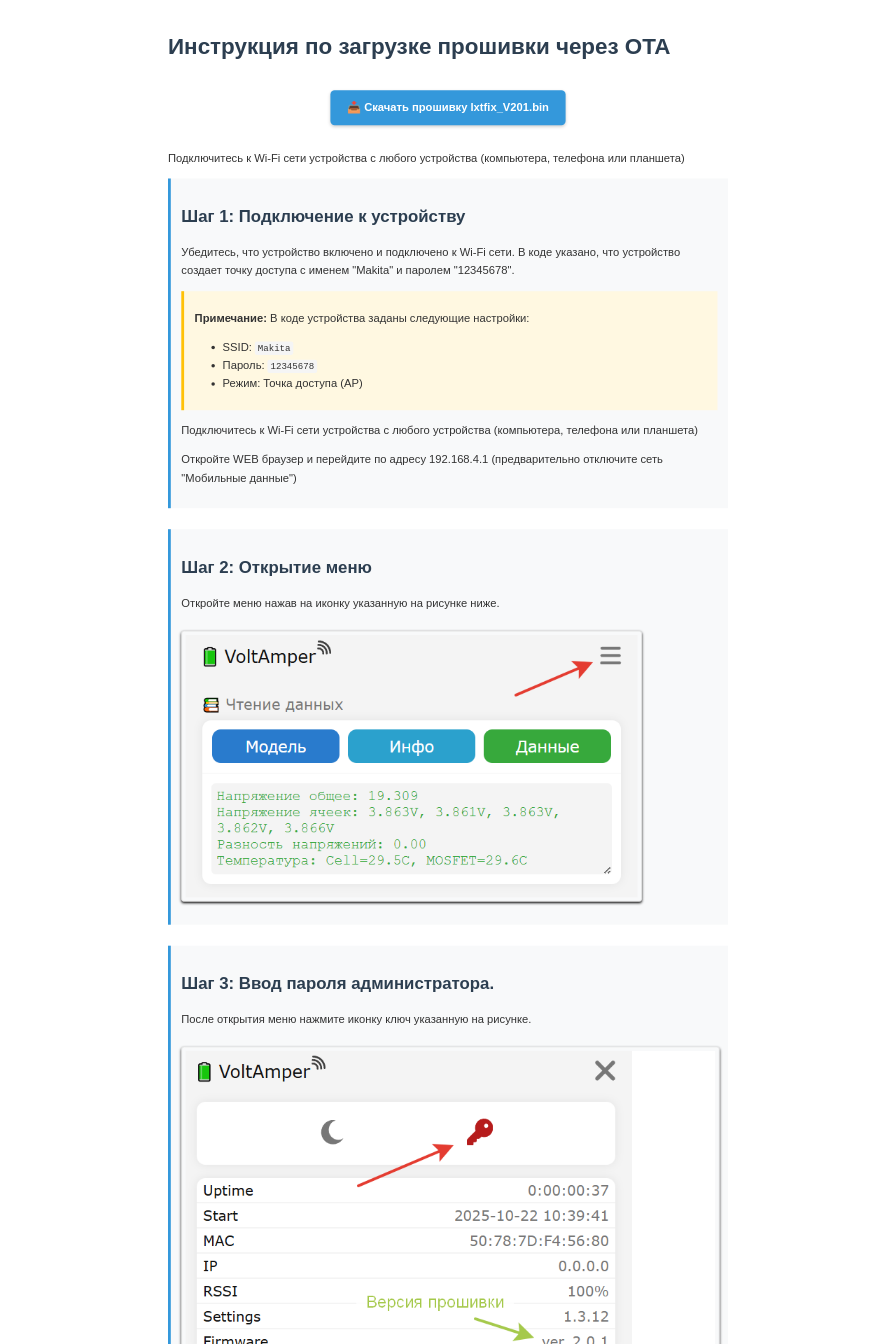
Repository: NikElectronics/ELIXStoFIX
Page: firmware.html
The author's editor kept a copy of each file at every save. The page is drawn from the files as they stood at one save, then again after the next save.
The browser window is 1280 px wide. The pictures show the part of the page from y = 0 to 1920 px (the page is 5392 px tall before and 5433 px after), at 70% of full size.

Above is the page before, as saved 2026-01-16 15:22:54.

### firmware.html
<!DOCTYPE html>
<html lang="ru">

<head>
    <meta charset="UTF-8">
    <meta name="viewport" content="width=device-width, initial-scale=1.0">
    <title>Инструкция по OTA-обновлению</title>
    <style>
        body {
            font-family: Arial, sans-serif;
            line-height: 1.6;
            max-width: 800px;
            margin: 0 auto;
            padding: 20px;
            color: #333;
        }

        h1,
        h2,
        h3 {
            color: #2c3e50;
        }

        .step {
            margin-bottom: 30px;
            padding: 15px;
            border-left: 4px solid #3498db;
            background-color: #f8f9fa;
        }

        .screenshot {
            max-width: 100%;
            border: 1px solid #ddd;
            border-radius: 4px;
            padding: 5px;
            margin: 10px 0;
            box-shadow: 0 2px 4px rgba(0, 0, 0.1);
            cursor: pointer;
            transition: transform 0.3s ease;
        }

        .screenshot:hover {
            transform: scale(1.05);
        }

        /* Стили для модального окна изображения */
        .modal {
            display: none;
            position: fixed;
            z-index: 1000;
            left: 0;
            top: 0;
            width: 100%;
            height: 100%;
            background-color: rgba(0, 0, 0, 0.9);
            backdrop-filter: blur(5px);
        }

        .modal-content {
            display: block;
            margin: auto;
            max-width: 90%;
            max-height: 90%;
            position: absolute;
            top: 50%;
            left: 50%;
            transform: translate(-50%, -50%);
            border-radius: 8px;
        }

        .close {
            position: absolute;
            top: 20px;
            right: 35px;
            color: #fff;
            font-size: 40px;
            font-weight: bold;
            cursor: pointer;
            z-index: 1001;
        }

        .close:hover {
            color: #ccc;
        }

        .note {
            background-color: #fff8e1;
            border-left: 4px solid #ffc107;
            padding: 10px 15px;
            margin: 15px 0;
        }

        .warning {
            background-color: #ffebee;
            border-left: 4px solid #f44336;
            padding: 10px 15px;
            margin: 15px 0;
        }

        code {
            background-color: #f5f5f5;
            padding: 2px 4px;
            border-radius: 3px;
            font-family: monospace;
        }

        .download-btn {
            display: inline-block;
            background-color: #3498db;
            color: white;
            padding: 12px 24px;
            text-decoration: none;
            border-radius: 6px;
            font-weight: bold;
            transition: all 0.3s ease;
            box-shadow: 0 2px 5px rgba(0, 0, 0, 0.2);
            margin: 15px 0;
        }

        .download-btn:hover {
            background-color: #2980b9;
            transform: translateY(-2px);
            box-shadow: 0 4px 8px rgba(0, 0, 0, 0.2);
        }

        .download-btn:active {
            transform: translateY(0);
            box-shadow: 0 2px 3px rgba(0, 0, 0, 0.2);
        }

        .download-container {
            text-align: center;
            margin: 20px 0;
        }
    </style>
</head>

<body>

    <h1>Инструкция по загрузке прошивки через OTA</h1>

    <div class="download-container">
        <a href="files/lxtfix_V201.bin" download class="download-btn">
            📥 Скачать прошивку lxtfix_V201.bin
        </a>
    </div>

    <p>Подключитесь к Wi-Fi сети устройства с любого устройства (компьютера, телефона или планшета)</p>
    <div class="step">
        <h2>Шаг 1: Подключение к устройству</h2>
        <p>Убедитесь, что устройство включено и подключено к Wi-Fi сети. В коде указано, что устройство создает точку
            доступа с именем "Makita" и паролем "12345678".</p>
        <div class="note">
            <p><strong>Примечание:</strong> В коде устройства заданы следующие настройки:</p>
            <ul>
                <li>SSID: <code>Makita</code></li>
                <li>Пароль: <code>12345678</code></li>
                <li>Режим: Точка доступа (AP)</li>
            </ul>
        </div>
        <p>Подключитесь к Wi-Fi сети устройства с любого устройства (компьютера, телефона или планшета)</p>
         <p>Откройте WEB браузер и перейдите по адресу 192.168.4.1 (предварительно отключите сеть "Мобильные данные")</p>
    </div>

    <div class="step">
        <h2>Шаг 2: Открытие меню</h2>
        <p>Откройте меню нажав на иконку указанную на рисунке ниже. </p>
        <img src="images/menu.png" alt="Главная страница веб-интерфейса" class="screenshot">
    </div>

    <div class="step">
        <h2>Шаг 3: Ввод пароля администратора.</h2>
        <p>После открытия меню нажмите иконку ключ указанную на рисунке.</p>
        <img src="images/menu_open.png" alt="Главная страница веб-интерфейса" class="screenshot">
        <p>И введите в поле, открывшегося окна Password, пароль LTXFIX (для новых версий) или nik1709 (для старых
            версий)</p>
        <img src="images/password.png" alt="Главная страница веб-интерфейса" class="screenshot">
    </div>

    <div class="step">
        <h2>Шаг 4: Выбор прошивки</h2>
        <p>После ввода правильного пароля иконка ключа станет зеленым и появится иконка ОТА (облако)".</p>
        <p>Нажав на иконку OTA откроется прводник файлов вашего устройства. Найдите и выберите заранее скачанную
            прошивку.</p>
        <img src="images/pass_good.png" alt="Раздел программатора" class="screenshot">
        <div class="note">
            <p><strong>Примечание:</strong> Убедитесь, что файл прошивки имеет правильный формат (обычно .bin) и
                совместим с вашим устройством.</p>
        </div>
    </div>

    <div class="step">
        <h2>Шаг 5: Загрузка новой прошивки</h2>
        <p>После выбора файла прошивки нажмите кнопку ОК для начала загрузки. </p>
        <img src="images/firmware.png" alt="Интерфейс загрузки прошивки" class="screenshot">

    </div>

    <div class="step">
        <h2>Шаг 6: Процесс обновления</h2>
        <p>При обновлении прошивки иконка облако станет зеленым. Не прерывайте процесс обновления и не отключайте
            питание устройства до появления сообщения "OTA завершено" в нижней части экрана.</p>
        <img src="images/green.png" alt="Процесс обновления прошивки" class="screenshot">
        <div class="warning">
            <p><strong>Внимание:</strong> Прерывание процесса обновления может привести к повреждению прошивки и
                необходимости физического перепрограммирования устройства!</p>
        </div>
    </div>

    <div class="step">
        <h2>Шаг 7: Завершение обновления</h2>
        <p>После успешной загрузки прошивки устройство обычно перезагружается автоматически. Если этого не произошло, вы
            можете перезагрузить устройство вручную с помощью кнопки "Перезагрузить" в веб-интерфейсе или выключив и включив питание.</p>
    </div>

    <div class="step">
        <h2>Шаг 8: Проверка новой версии</h2>
        <p>После перезагрузки снова откройте меню и проверьте, что версия прошивки изменилась на новую.</p>
        <img src="images/control.png" alt="Процесс обновления прошивки" class="screenshot">
    </div>

    <div class="note">
        <h3>Дополнительная информация</h3>
        <p>В коде устройства реализована система лицензирования через серийный номер. Если после обновления возникают
            проблемы с лицензией, проверьте правильность введенного ключа в разделе программатора. Обратитесь в техподдержку.</p>
    </div>

    <div class="warning">
        <h3>Важные предупреждения</h3>
        <ul>
            <li>Под паролем администратора не совершайте иных действий кроме указанных в данной инструкции.</li>
            <li>Убедитесь, что источник прошивки надежный и файл не поврежден</li>
            <li>Не прерывайте процесс обновления</li>
            <li>Убедитесь, что устройство имеет стабильное питание во время обновления</li>
        </ul>
    </div>

    <!-- Модальное окно для изображений -->
    <div class="modal" id="imageModal">
        <span class="close" id="closeModal">&times;</span>
        <img class="modal-content" id="modalImage" src="" alt="">
    </div>

    <script>
        // Добавляем функционал для увеличения изображений
        document.addEventListener('click', function(event) {
            // Проверяем, является ли клик по изображению в контейнере
            if (event.target.classList.contains('screenshot')) {
                openImageModal(event.target.src, event.target.alt);
            }
        });

        // Функция для открытия модального окна с изображением
        function openImageModal(src, alt) {
            const modal = document.getElementById('imageModal');
            const modalImg = document.getElementById('modalImage');
            const closeModal = document.getElementById('closeModal');

            modalImg.src = src;
            modalImg.alt = alt;

            modal.style.display = 'block';

            // Обработчики закрытия
            closeModal.onclick = function() {
                modal.style.display = 'none';
            };

            modal.onclick = function() {
                modal.style.display = 'none';
            };
        }

        // Закрытие модального окна при нажатии на клавишу Escape
        document.addEventListener('keydown', function(event) {
            if (event.key === 'Escape') {
                const modal = document.getElementById('imageModal');
                if (modal.style.display === 'block') {
                    modal.style.display = 'none';
                }
            }
        });
    </script>
</body>

</html>

After the next save:
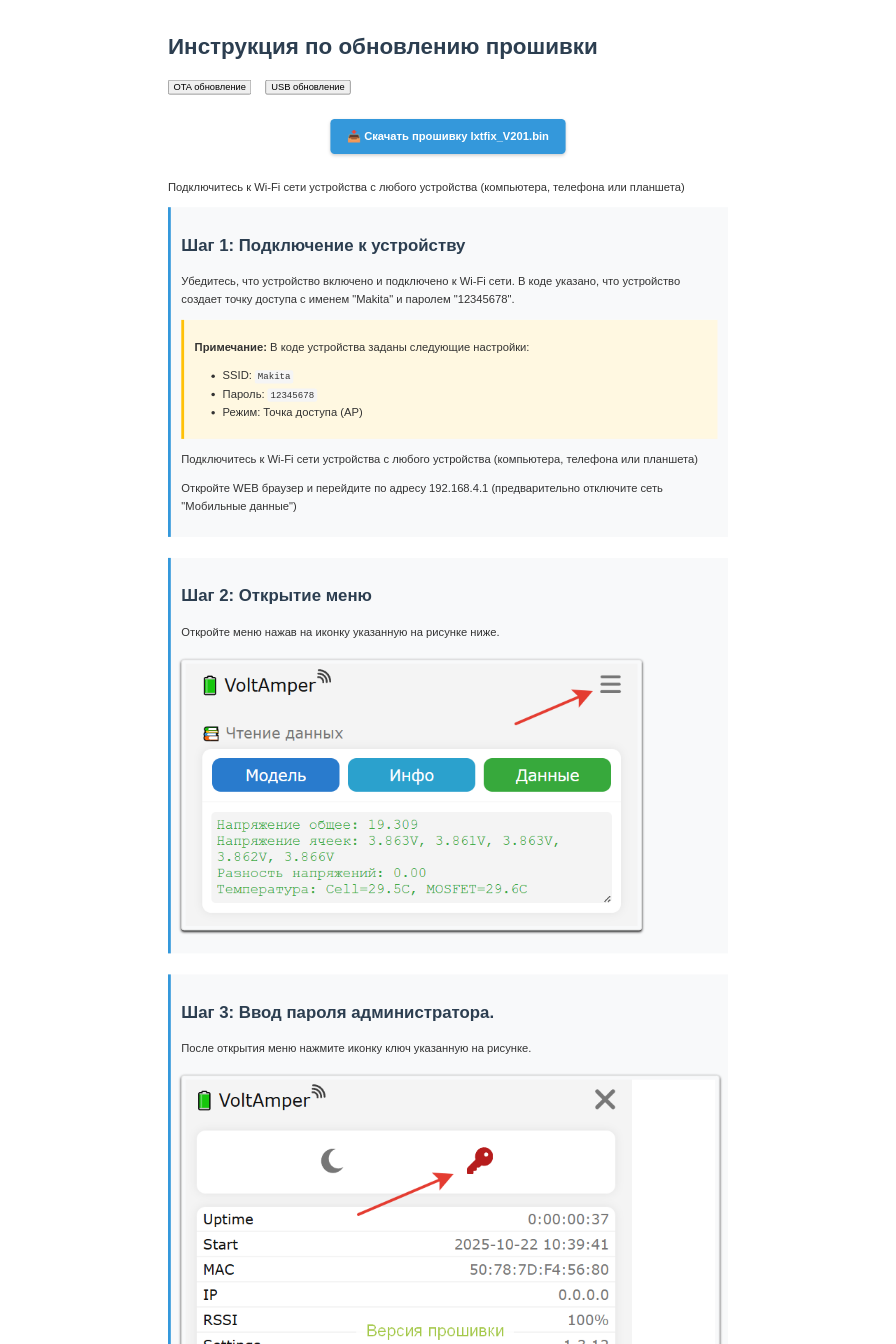
Saved 12 min 0 s later.
--- a/firmware.html
+++ b/firmware.html
@@ -4,7 +4,7 @@
 <head>
     <meta charset="UTF-8">
     <meta name="viewport" content="width=device-width, initial-scale=1.0">
-    <title>Инструкция по OTA-обновлению</title>
+    <title>Инструкция по обновлению прошивки</title>
     <style>
         body {
             font-family: Arial, sans-serif;
@@ -137,7 +137,14 @@
 
 <body>
 
-    <h1>Инструкция по загрузке прошивки через OTA</h1>
+    <h1>Инструкция по обновлению прошивки</h1>
+
+    <div style="display: flex; gap: 20px; margin: 20px 0;">
+        <button id="otaTab" class="tab-btn active" onclick="showTab('ota')">OTA обновление</button>
+        <button id="usbTab" class="tab-btn" onclick="showTab('usb')">USB обновление</button>
+    </div>
+
+    <div id="otaContent" class="tab-content">
 
     <div class="download-container">
         <a href="files/lxtfix_V201.bin" download class="download-btn">
@@ -242,6 +249,140 @@
     </div>
 
     <script>
+        // Добавляем функционал для увеличения изображений
+        document.addEventListener('click', function(event) {
+            // Проверяем, является ли клик по изображению в контейнере
+            if (event.target.classList.contains('screenshot')) {
+                openImageModal(event.target.src, event.target.alt);
+            }
+        });
+
+        // Функция для открытия модального окна с изображением
+        function openImageModal(src, alt) {
+            const modal = document.getElementById('imageModal');
+            const modalImg = document.getElementById('modalImage');
+            const closeModal = document.getElementById('closeModal');
+
+            modalImg.src = src;
+            modalImg.alt = alt;
+
+            modal.style.display = 'block';
+
+            // Обработчики закрытия
+            closeModal.onclick = function() {
+                modal.style.display = 'none';
+            };
+
+            modal.onclick = function() {
+                modal.style.display = 'none';
+            };
+        }
+
+        // Закрытие модального окна при нажатии на клавишу Escape
+        document.addEventListener('keydown', function(event) {
+            if (event.key === 'Escape') {
+                const modal = document.getElementById('imageModal');
+                if (modal.style.display === 'block') {
+                    modal.style.display = 'none';
+                }
+            }
+        });
+    </script>
+
+    <div id="usbContent" class="tab-content" style="display: none;">
+        <div class="download-container">
+            <a href="files/lxtfix_V201.bin" download class="download-btn">
+                📥 Скачать прошивку lxtfix_V201.bin
+            </a>
+        </div>
+
+        <div class="step">
+            <h2>Шаг 1: Подготовка к USB обновлению</h2>
+            <p>Для обновления прошивки через USB понадобится:</p>
+            <ul>
+                <li>USB кабель (micro-USB или USB-C, в зависимости от модели устройства)</li>
+                <li>Скачанная прошивка (.bin файл)</li>
+                <li>Программа для прошивки (например, ESP Flash Download Tool или PlatformIO)</li>
+            </ul>
+            <div class="note">
+                <p><strong>Примечание:</strong> Убедитесь, что у вас установлены драйверы для подключения ESP32 компьютеру.</p>
+            </div>
+
+        <div class="step">
+            <h2>Шаг 2: Подключение к компьютеру</h2>
+            <p>Выключите устройство и подключите его к компьютеру через USB кабель.</p>
+            <img src="images/usb-connection.png" alt="Подключение устройства через USB" class="screenshot">
+        </div>
+
+        <div class="step">
+            <h2>Шаг 3: Запуск режима прошивки</h2>
+            <p>Зажмите кнопку BOOT (или IO0) на плате ESP32 и включите питание, удерживая кнопку. После включения питания можно отпустить кнопку.</p>
+            <div class="note">
+                <p><strong>Примечание:</strong> Устройство должно появиться в диспетчере устройств как COM порт.</p>
+            </div>
+        </div>
+
+        <div class="step">
+            <h2>Шаг 4: Настройка программы прошивки</h2>
+            <p>Откройте программу для прошивки (ESP Flash Download Tool или PlatformIO) и настройте параметры:</p>
+            <ul>
+                <li>Выберите соответствующий COM порт</li>
+                <li>Установите скорость соединения (обычно 921600 или 460800)</li>
+                <li>Выберите файл прошивки (.bin), который вы скачали ранее</li>
+                <li>Установите адрес прошивки (обычно 0x00010000 или 0x00000000)</li>
+            </ul>
+        </div>
+
+        <div class="step">
+            <h2>Шаг 5: Загрузка прошивки</h2>
+            <p>Начните процесс прошивки, нажав кнопку "Start" или "Upload" в программе. Дождитесь завершения процесса.</p>
+            <img src="images/programmer-tab.jpeg" alt="Процесс загрузки прошивки" class="screenshot">
+            <div class="warning">
+                <p><strong>Внимание:</strong> Не отключайте USB кабель и не выключайте устройство до завершения процесса прошивки!</p>
+            </div>
+        </div>
+
+        <div class="step">
+            <h2>Шаг 6: Перезагрузка устройства</h2>
+            <p>После успешной загрузки прошивки отключите питание устройства и отсоедините USB кабель. Затем снова подключите питание, чтобы запустить новую прошивку.</p>
+        </div>
+
+        <div class="step">
+            <h2>Шаг 7: Проверка новой версии</h2>
+            <p>После перезагрузки откройте веб-интерфейс устройства и проверьте, что версия прошивки изменилась на новую.</p>
+        </div>
+
+        <div class="note">
+            <h3>Дополнительная информация</h3>
+            <p>Если у вас возникли проблемы с подключением устройства к компьютеру, проверьте наличие и работоспособность USB драйверов.</p>
+        </div>
+
+        <div class="warning">
+            <h3>Важные предупреждения</h3>
+            <ul>
+                <li>Убедитесь, что используете правильный файл прошивки для вашей модели устройства</li>
+                <li>Не прерывайте процесс прошивки до его завершения</li>
+                <li>Убедитесь, что устройство имеет стабильное питание во время обновления</li>
+                <li>Проверьте правильность настроек COM порта и скорости соединения</li>
+            </ul>
+        </div>
+    </div>
+
+    <script>
+        function showTab(tabName) {
+            // Скрыть все содержимое вкладок
+            document.getElementById('otaContent').style.display = 'none';
+            document.getElementById('usbContent').style.display = 'none';
+
+            // Убрать активный класс со всех кнопок
+            document.getElementById('otaTab').classList.remove('active');
+            document.getElementById('usbTab').classList.remove('active');
+
+            // Показать выбранную вкладку и сделать кнопку активной
+            document.getElementById(tabName + 'Content').style.display = 'block';
+            document.getElementById(tabName + 'Tab').classList.add('active');
+        }
+
         // Добавляем функционал для увеличения изображений
         document.addEventListener('click', function(event) {
             // Проверяем, является ли клик по изображению в контейнере
